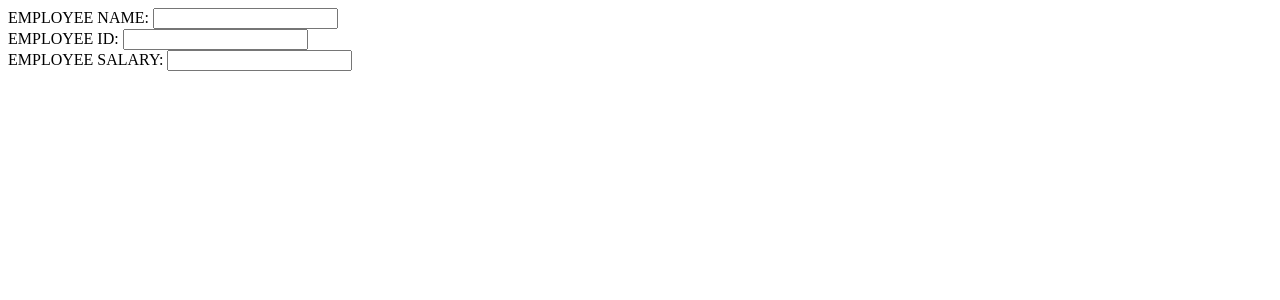
Repository: sakshipatil1305/Sak
Page: http://localhost/JSP_Action/
The author's editor kept a copy of each file at every save. The page is drawn from the files as they stood at one save, then again after the next save.
The browser window is 1280 px wide. The pictures show the whole page.
The page is served by Tomcat 9.

Above is the page before, as saved 2018-08-20 06:23:28.

After the next save:
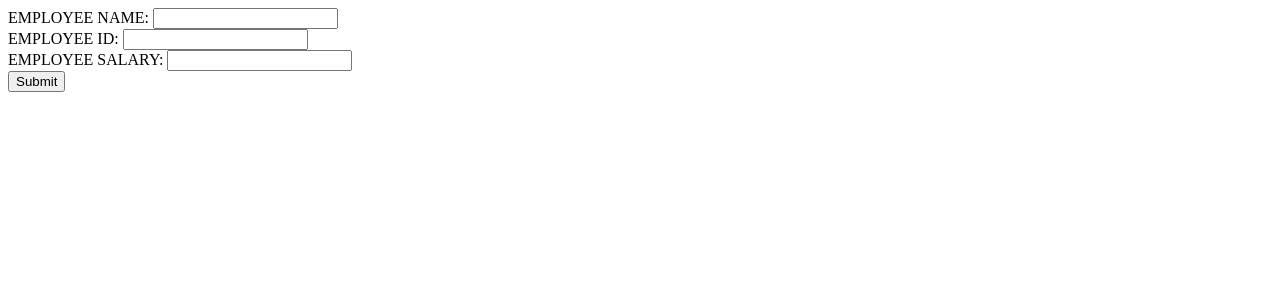
Saved 40 s later.
--- a/JSP_Action/WebContent/mypage.jsp
+++ b/JSP_Action/WebContent/mypage.jsp
@@ -11,6 +11,7 @@
 EMPLOYEE NAME: <input type="text" name=""><br>
 EMPLOYEE ID: <input type="text" name=""><br>
 EMPLOYEE SALARY: <input type="text" name=""><br>
+<input type="submit" name="ADD ME">
 </form>
 </body>
 </html>
